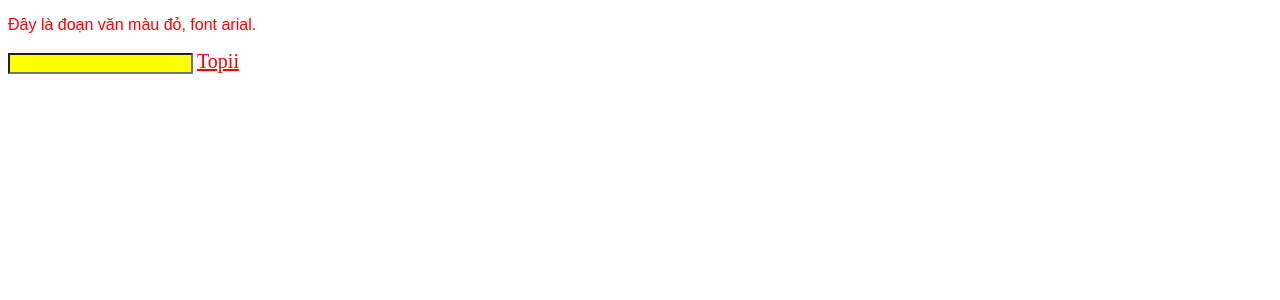
Repository: PhiKhongHoang/JSP-Servlet
Page: Bai3_CSS/src/main/webapp/vidu.html
The author's editor kept a copy of each file at every save. The page is drawn from the files as they stood at one save, then again after the next save.
The browser window is 1280 px wide. The pictures show the whole page.

Above is the page before, as saved 2024-02-16 12:36:07.

### Bai3_CSS/src/main/webapp/vidu.html
<!DOCTYPE html>
<html>
<head>
<meta charset="UTF-8">
<title>Insert title here</title>
<link rel="stylesheet" type="text/css" href="css/MyStyle.css">
</head>
<body>
	<p style="color: red; font-size: 10; font-family: arial;">
		Đây là đoạn văn màu đỏ, font arial.
	</p>

	<input type="text" style="background-color: yellow">
	<a href="https://github.com/PhiKhongHoang">Topii</a>
</body>
</html>

### Bai3_CSS/src/main/webapp/css/MyStyle.css
@charset "UTF-8";
a {
	color: red;
	font-size: 20px;
}

#indam {
	font-weight: bold;
}

After the next save:
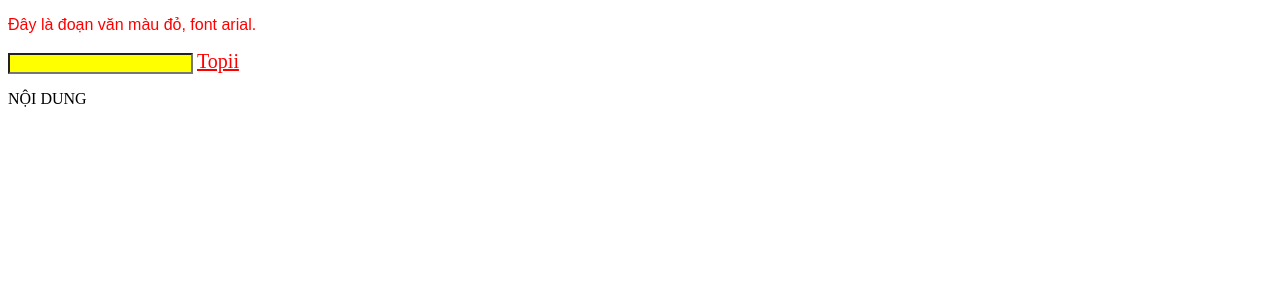
Saved 16 s later.
--- a/Bai3_CSS/src/main/webapp/vidu.html
+++ b/Bai3_CSS/src/main/webapp/vidu.html
@@ -12,5 +12,6 @@
 
 	<input type="text" style="background-color: yellow">
 	<a href="https://github.com/PhiKhongHoang">Topii</a>
+	<p>NỘI DUNG</p>
 </body>
 </html>
